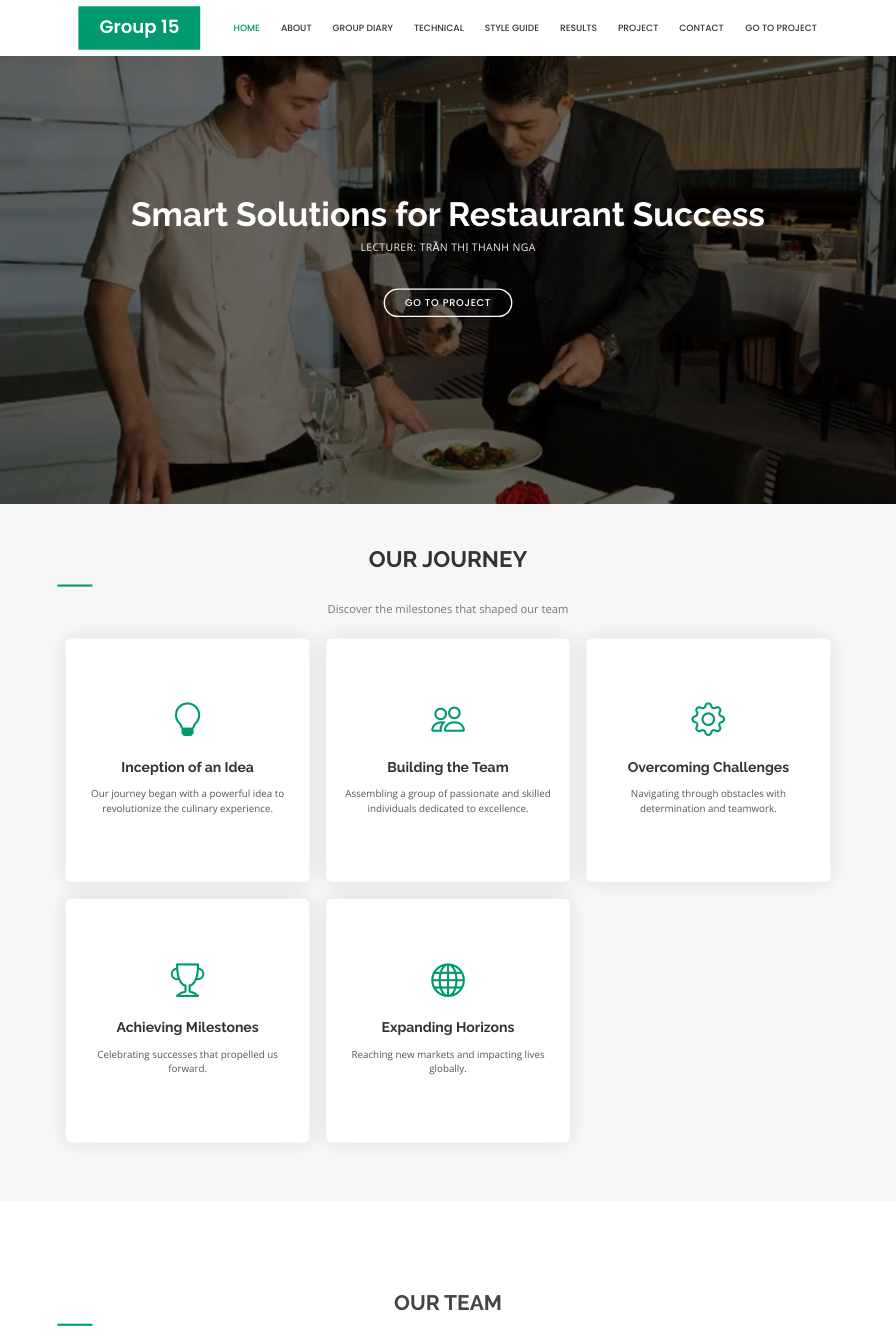
Repository: HoangKhangKhuPho4/Group_Web
Page: index.html
An editor plug-in stored every save of this project. The page is shown before and after the next save, followed by the edit.
The browser window is 1280 px wide. The pictures show the part of the page from y = 0 to 1920 px (the page is 2787 px tall), at 70% of full size.
Backgrounds fixed to the window are drawn as part of the page.

Above is the page before, as saved 2024-12-06 15:03:08.

### index.html
<!DOCTYPE html>
<html lang="en">
  <head>
    <!-- Google Tag Manager -->
    <script>
      (function (w, d, s, l, i) {
        w[l] = w[l] || [];
        w[l].push({ "gtm.start": new Date().getTime(), event: "gtm.js" });
        var f = d.getElementsByTagName(s)[0],
          j = d.createElement(s),
          dl = l != "dataLayer" ? "&l=" + l : "";
        j.async = true;
        j.src = "https://www.googletagmanager.com/gtm.js?id=" + i + dl;
        f.parentNode.insertBefore(j, f);
      })(window, document, "script", "dataLayer", "GTM-KP2R47JB");
    </script>
    <!-- End Google Tag Manager -->

    <meta
      name="google-site-verification"
      content="EO8Nf8U0RywdH3XDIGdBO9ayEUmYV3Sa4KyZ9BoOK-Y"
    />
    <meta charset="utf-8" />
    <meta content="width=device-width, initial-scale=1.0" name="viewport" />
    <meta
      name="google-site-verification"
      content="NlS1kOlcOLN_zi65x2N4-Xf35p3_Yhxgn-Sx0oEMzRE"
    />

    <title>Group 15</title>
    <meta content="" name="description" />
    <meta content="" name="keywords" />

    <!-- Favicons -->
    <link href="assets/img/favicon.png" rel="icon" />
    <link href="assets/img/apple-touch-icon.png" rel="apple-touch-icon" />

    <!-- Google Fonts -->
    <link
      href="https://fonts.googleapis.com/css?family=Open+Sans:300,300i,400,400i,600,600i,700,700i|Raleway:300,300i,400,400i,500,500i,600,600i,700,700i|Poppins:300,300i,400,400i,500,500i,600,600i"
      rel="stylesheet"
    />

    <!-- Vendor CSS Files -->
    <link href="assets/vendor/aos/aos.css" rel="stylesheet" />
    <link
      href="assets/vendor/bootstrap/css/bootstrap.min.css"
      rel="stylesheet"
    />
    <link
      href="assets/vendor/bootstrap-icons/bootstrap-icons.css"
      rel="stylesheet"
    />
    <link href="assets/vendor/boxicons/css/boxicons.min.css" rel="stylesheet" />
    <link
      href="assets/vendor/glightbox/css/glightbox.min.css"
      rel="stylesheet"
    />
    <link href="assets/vendor/remixicon/remixicon.css" rel="stylesheet" />
    <link href="assets/vendor/swiper/swiper-bundle.min.css" rel="stylesheet" />

    <!-- Template Main CSS File -->
    <link href="assets/css/style.css" rel="stylesheet" />

    <!-- Custom CSS -->
     <style>
      <style>
  .btn-green {
    background-color: #28a745; /* Màu xanh lá cây tương tự logo */
    color: #fff;
    padding: 8px 16px;
    border-radius: 4px;
    text-decoration: none;
    font-weight: bold;
    margin-left: 15px; /* Khoảng cách từ các liên kết navigation */
    transition: background-color 0.3s ease, transform 0.3s ease;
    box-shadow: 0 4px 6px rgba(0, 0, 0, 0.1);
  }

  .btn-green:hover {
    background-color: #218838; /* Màu xanh lá cây đậm hơn khi hover */
    color: #fff;
    text-decoration: none;
    transform: translateY(-2px);
  }
</style>

     </style>
  </head>

  <body>
    <!-- Google Tag Manager (noscript) -->
    <noscript
      ><iframe
        src="https://www.googletagmanager.com/ns.html?id=GTM-KP2R47JB"
        height="0"
        width="0"
        style="display: none; visibility: hidden"
      ></iframe
    ></noscript>
    <!-- End Google Tag Manager (noscript) -->

    <!-- ======= Header ======= -->
    <header id="header" class="fixed-top d-flex align-items-center">
      <div class="container">
        <div
          class="header-container d-flex align-items-center justify-content-between"
        >
          <div class="logo">
            <h1 class="text-light">
              <a href="index.html"><span>Group 15</span></a>
            </h1>
          </div>

          <nav id="navbar" class="navbar">
            <ul>
              <li><a class="nav-link scrollto active" href="index.html">Home</a></li>
              <li><a class="nav-link scrollto" href="about.html">About</a></li>
              <li><a class="nav-link scrollto" href="groupDiary.html">Group Diary</a></li>
              <li><a class="nav-link scrollto" href="technical.html">Technical</a></li>
              <li><a class="nav-link scrollto" href="styleguide.html">Style Guide</a></li>
              <li><a class="nav-link scrollto" href="results.html">Results</a></li>
              <li><a class="nav-link scrollto" href="project.html">Project</a></li>
              <li><a class="nav-link scrollto" href="contact.html">Contact</a></li>
            </ul>
            <a href="https://hoangkhangkhupho4.github.io/Project_Web/" target="_blank" class="btn btn-green">Go To Project</a>
            <i class="bi bi-list mobile-nav-toggle"></i>
          </nav>


          <!-- .navbar -->
        </div>
        <!-- End Header Container -->
      </div>
    </header>
    <!-- End Header -->

    <!-- Bắt đầu phần nội dung chính -->
    <div class="content-wrap">
      <!-- ======= Hero Section ======= -->
      <section
        id="hero"
        class="d-flex align-items-center"
        style="padding-top: 80px"
      >
        <div
          class="container text-center position-relative"
          data-aos="fade-in"
          data-aos-delay="200"
        >
          <h1>Smart Solutions for Restaurant Success</h1>
          <h2>Lecturer: Trần Thị Thanh Nga</h2>
          <a
            href="https://hoangkhangkhupho4.github.io/Project_Web/"
            target="_blank"
            class="btn-get-started scrollto"
            >Go To Project</a
          >
        </div>
      </section>
      <!-- End Hero -->

      <main id="main">
        <!-- ======= Our Journey Section ======= -->
        <section id="our-team-story" class="our-team-story">
          <div class="container" data-aos="fade-up">
            <div class="section-title text-center">
              <h2>Our Journey</h2>
              <p>Discover the milestones that shaped our team</p>
            </div>

            <div class="story-container">
              <div class="row">
                <!-- Story Item 1 -->
                <div class="col-lg-4 col-md-6 mb-4">
                  <div
                    class="story-item"
                    data-aos="fade-up"
                    data-aos-delay="100"
                  >
                    <div class="icon-box">
                      <div class="icon">
                        <i class="bi bi-lightbulb"></i>
                      </div>
                      <h4 class="title">Inception of an Idea</h4>
                      <p class="description">
                        Our journey began with a powerful idea to revolutionize
                        the culinary experience.
                      </p>
                    </div>
                  </div>
                </div>

                <!-- Story Item 2 -->
                <div class="col-lg-4 col-md-6 mb-4">
                  <div
                    class="story-item"
                    data-aos="fade-up"
                    data-aos-delay="200"
                  >
                    <div class="icon-box">
                      <div class="icon">
                        <i class="bi bi-people"></i>
                      </div>
                      <h4 class="title">Building the Team</h4>
                      <p class="description">
                        Assembling a group of passionate and skilled individuals
                        dedicated to excellence.
                      </p>
                    </div>
                  </div>
                </div>

                <!-- Story Item 3 -->
                <div class="col-lg-4 col-md-6 mb-4">
                  <div
                    class="story-item"
                    data-aos="fade-up"
                    data-aos-delay="300"
                  >
                    <div class="icon-box">
                      <div class="icon">
                        <i class="bi bi-gear"></i>
                      </div>
                      <h4 class="title">Overcoming Challenges</h4>
                      <p class="description">
                        Navigating through obstacles with determination and
                        teamwork.
                      </p>
                    </div>
                  </div>
                </div>

                <!-- Story Item 4 -->
                <div class="col-lg-4 col-md-6 mb-4">
                  <div
                    class="story-item"
                    data-aos="fade-up"
                    data-aos-delay="400"
                  >
                    <div class="icon-box">
                      <div class="icon">
                        <i class="bi bi-trophy"></i>
                      </div>
                      <h4 class="title">Achieving Milestones</h4>
                      <p class="description">
                        Celebrating successes that propelled us forward.
                      </p>
                    </div>
                  </div>
                </div>

                <!-- Story Item 5 -->
                <div class="col-lg-4 col-md-6 mb-4">
                  <div
                    class="story-item"
                    data-aos="fade-up"
                    data-aos-delay="500"
                  >
                    <div class="icon-box">
                      <div class="icon">
                        <i class="bi bi-globe"></i>
                      </div>
                      <h4 class="title">Expanding Horizons</h4>
                      <p class="description">
                        Reaching new markets and impacting lives globally.
                      </p>
                    </div>
                  </div>
                </div>
              </div>
            </div>
          </div>
        </section>
        <!-- End Our Journey Section -->

        <!-- ======= Our Team Section ======= -->
        <section
          id="portfolio-details"
          class="portfolio-details"
          style="margin-top: 4%"
        >
          <div class="container">
            <div class="section-title text-center">
              <h2 style="font-size: 30px; padding: 15px 30px">
                <b>OUR TEAM</b>
              </h2>
            </div>

            <div class="row gy-4">
              <div class="col-lg-6">
                <div class="portfolio-details-slider swiper">
                  <div class="swiper-wrapper align-items-center">
                    <div class="swiper-slide">
                      <img
                        src="assets/img/portfolio/portfolio-details-1.jpg"
                        alt=""
                      />
                    </div>

                    <div class="swiper-slide">
                      <img
                        src="assets/img/portfolio/portfolio-details-2.jpg"
                        alt=""
                      />
                    </div>

                    <div class="swiper-slide">
                      <img
                        src="assets/img/portfolio/portfolio-details-3.jpg"
                        alt=""
                      />
                    </div>
                  </div>
                  <div class="swiper-pagination"></div>
                </div>
              </div>

              <div class="col-lg-6">
                <div class="portfolio-info">
                  <h3>Group Information</h3>
                  <ul>
                    <li><strong>Group Name</strong>: Group 15</li>
                    <li><strong>Number of Members</strong>: 5 members</li>
                    <li>
                      <strong>Specialization</strong>: information technology -
                      IT
                    </li>
                    <li>
                      <strong>University</strong>: Ho Chi Minh City University
                      of Agriculture and Forestry.
                    </li>
                    <li>
                      <strong>Slogan</strong>: "Together we innovate, together
                      we succeed."
                    </li>
                  </ul>
                </div>
              </div>
            </div>
          </div>
        </section>
        <!-- End Our Team Section -->
      </main>
      <!-- End #main -->
    </div>
    <!-- Kết thúc phần nội dung chính -->

    <!-- ======= Footer ======= -->
    <footer id="footer">
      <!-- ... (giữ nguyên nội dung footer) ... -->
      <div class="footer-container">
        <div class="footer-column">
          <h4>About Us</h4>
          <p>
            We are a team of passionate individuals dedicated to delivering the
            best services to our clients. Our mission is to provide innovative
            solutions and exceptional customer service.
          </p>
        </div>
        <div class="footer-column">
          <h4>Useful Links</h4>
          <ul>
            <li><a href="index.html">Home</a></li>
            <li><a href="about.html">About Us</a></li>
            <li><a href="services.html">Services</a></li>
            <li><a href="terms.html">Terms of Service</a></li>
            <li><a href="privacy.html">Privacy Policy</a></li>
          </ul>
        </div>
        <div class="footer-column">
          <h4>Services</h4>
          <ul>
            <li><a href="#">Web Design</a></li>
            <li><a href="#">Web Development</a></li>
            <li><a href="#">Marketing</a></li>
            <li><a href="#">Graphic Design</a></li>
            <li><a href="#">Technical Support</a></li>
          </ul>
        </div>
        <div class="footer-column">
          <h4>Contact Us</h4>
          <p>
            123 ABC Street, XYZ District<br />
            City, Country<br />
            Phone: +84 123 456 789<br />
            Email: info@example.com
          </p>
        </div>
      </div>
      <div class="footer-bottom">
        <div class="container d-md-flex py-4">
          <div class="me-md-auto text-center text-md-start">
            <div class="copyright">
              &copy; Copyright <strong><span>Group 15</span></strong
              >. All Rights Reserved
            </div>
            <div class="credits">Designed by <a href="#">Group 15</a></div>
          </div>
          <div class="social-links text-center text-md-right pt-3 pt-md-0">
            <a href="#" class="twitter" title="Twitter"
              ><i class="bx bxl-twitter"></i
            ></a>
            <a href="#" class="facebook" title="Facebook"
              ><i class="bx bxl-facebook"></i
            ></a>
            <a href="#" class="instagram" title="Instagram"
              ><i class="bx bxl-instagram"></i
            ></a>
            <a href="#" class="google-plus" title="Skype"
              ><i class="bx bxl-skype"></i
            ></a>
            <a href="#" class="linkedin" title="LinkedIn"
              ><i class="bx bxl-linkedin"></i
            ></a>
          </div>
        </div>
      </div>
    </footer>
    <!-- End Footer -->

    <!-- Back to Top -->
    <a
      href="#"
      class="back-to-top d-flex align-items-center justify-content-center"
      ><i class="bi bi-arrow-up-short"></i
    ></a>

    <!-- Vendor JS Files -->
    <script src="assets/vendor/aos/aos.js"></script>
    <script src="assets/vendor/bootstrap/js/bootstrap.bundle.min.js"></script>
    <script src="assets/vendor/purecounter/purecounter.js"></script>
    <script src="assets/vendor/glightbox/js/glightbox.min.js"></script>
    <script src="assets/vendor/isotope-layout/isotope.pkgd.min.js"></script>
    <script src="assets/vendor/swiper/swiper-bundle.min.js"></script>
    <!-- Template Main JS File -->
    <script src="assets/js/main.js"></script>

    <!-- Initialize AOS -->
    <script>
      AOS.init({
        duration: 1000,
        once: true,
      });
    </script>
  </body>
</html>

Loaded but not shown: assets/vendor/aos/aos.css (library); assets/vendor/bootstrap/css/bootstrap.min.css (library); assets/vendor/bootstrap-icons/bootstrap-icons.css (library); assets/vendor/boxicons/css/boxicons.min.css (library); assets/vendor/glightbox/css/glightbox.min.css (library); assets/vendor/remixicon/remixicon.css (library); assets/vendor/swiper/swiper-bundle.min.css (library); assets/vendor/aos/aos.js (library); assets/vendor/bootstrap/js/bootstrap.bundle.min.js (library); assets/vendor/purecounter/purecounter.js (library); assets/vendor/glightbox/js/glightbox.min.js (library); assets/vendor/isotope-layout/isotope.pkgd.min.js (library); assets/vendor/swiper/swiper-bundle.min.js (library); assets/js/main.js (252 lines, source omitted); assets/css/style.css (862 lines, source omitted)

After the next save:
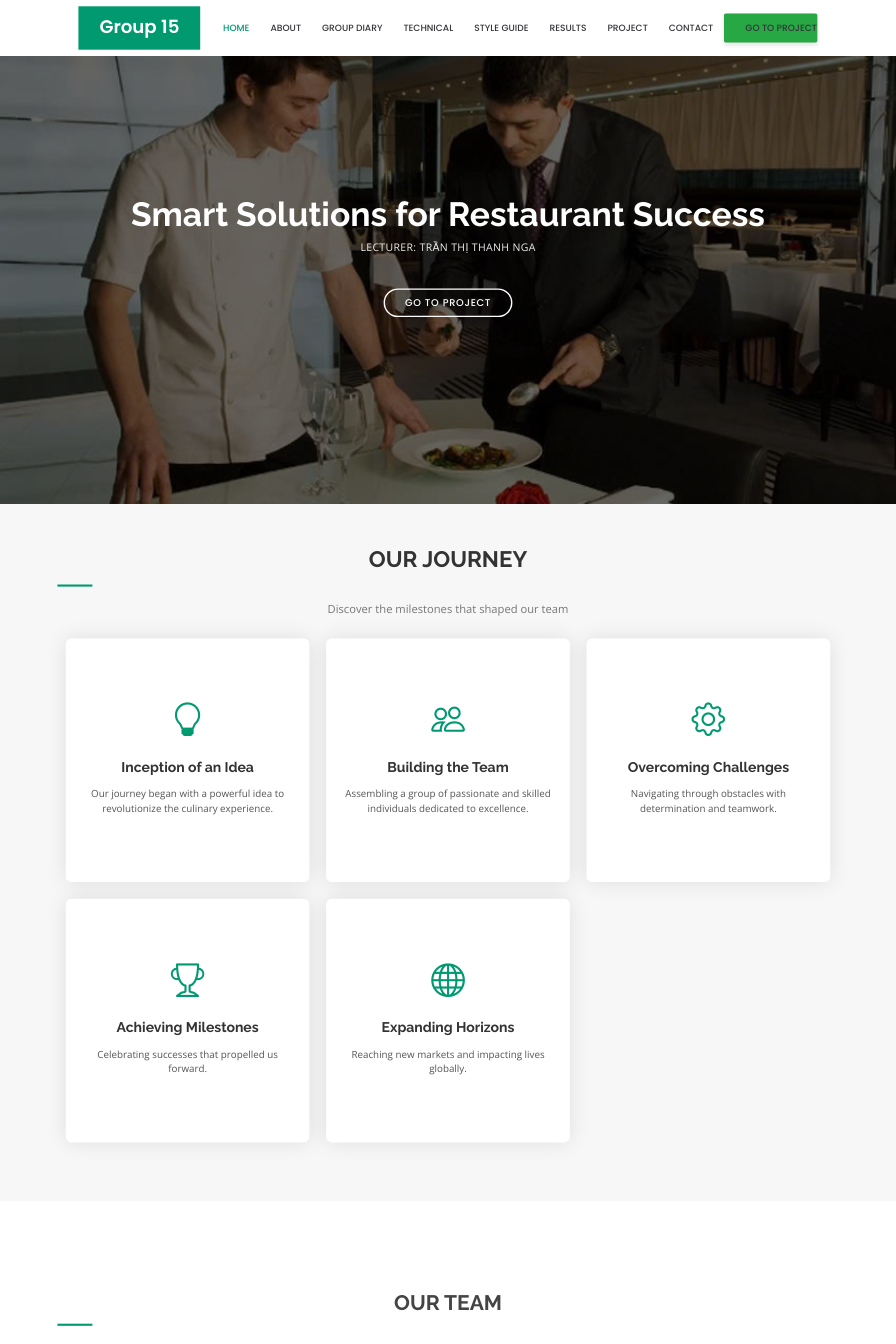
Saved 13 s later.
--- a/index.html
+++ b/index.html
@@ -63,29 +63,27 @@
     <link href="assets/css/style.css" rel="stylesheet" />
 
     <!-- Custom CSS -->
-     <style>
-      <style>
-  .btn-green {
-    background-color: #28a745; /* Màu xanh lá cây tương tự logo */
-    color: #fff;
-    padding: 8px 16px;
-    border-radius: 4px;
-    text-decoration: none;
-    font-weight: bold;
-    margin-left: 15px; /* Khoảng cách từ các liên kết navigation */
-    transition: background-color 0.3s ease, transform 0.3s ease;
-    box-shadow: 0 4px 6px rgba(0, 0, 0, 0.1);
-  }
-
-  .btn-green:hover {
-    background-color: #218838; /* Màu xanh lá cây đậm hơn khi hover */
-    color: #fff;
-    text-decoration: none;
-    transform: translateY(-2px);
-  }
-</style>
-
-     </style>
+    <style>
+      .btn-green {
+        background-color: #28a745; /* Màu xanh lá cây tương tự logo */
+        color: #fff;
+        padding: 8px 16px;
+        border-radius: 4px;
+        text-decoration: none;
+        font-weight: bold;
+        margin-left: 15px; /* Khoảng cách từ các liên kết navigation */
+        transition: background-color 0.3s ease, transform 0.3s ease;
+        box-shadow: 0 4px 6px rgba(0, 0, 0, 0.1);
+      }
+
+      .btn-green:hover {
+        background-color: #218838; /* Màu xanh lá cây đậm hơn khi hover */
+        color: #fff;
+        text-decoration: none;
+        transform: translateY(-2px);
+      }
+    </style>
+
   </head>
 
   <body>
